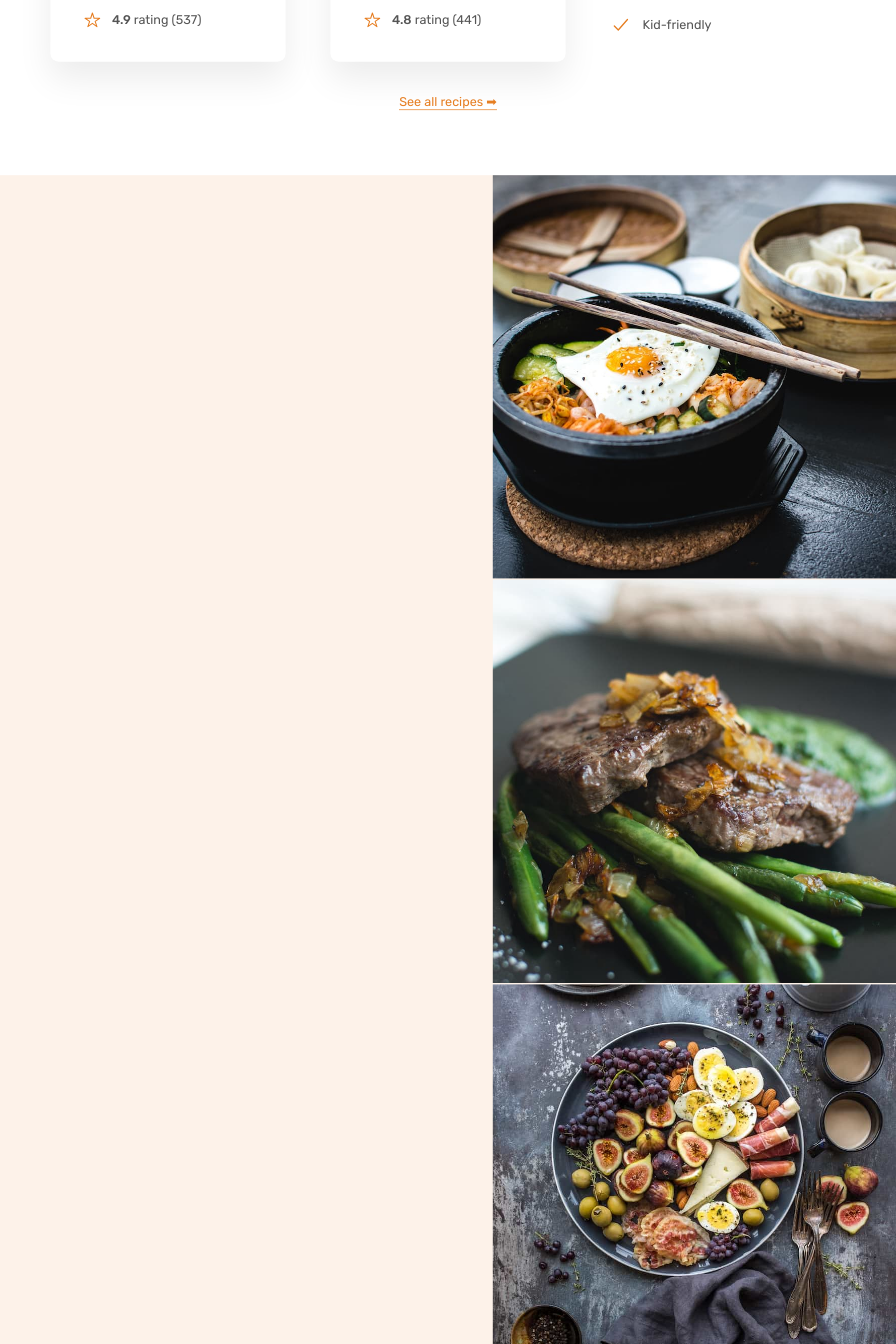
Repository: TranPhucThinh/Omnifood
Page: index.html
These files come from the project's save history. The page is drawn as it stood at one moment and after the next save; the edit follows.
The browser window is 1280 px wide. The pictures show the part of the page from y = 3346 to 5266 px (the page is 10532 px tall before and 4378 px after), at 70% of full size.

Above is the page before, as saved 2022-08-06 21:36:46.

### index.html
<!DOCTYPE html>
<html lang="en">

<head>
    <meta charset="UTF-8">
    <meta http-equiv="X-UA-Compatible" content="IE=edge">
    <meta name="viewport" content="width=device-width, initial-scale=1.0">

    <link rel="preconnect" href="https://fonts.googleapis.com">
    <link rel="preconnect" href="https://fonts.gstatic.com" crossorigin>
    <link href="https://fonts.googleapis.com/css2?family=Rubik:wght@300;400;500;600;700;800;900&display=swap"
        rel="stylesheet">

    <link rel="stylesheet" href="./assets/styles/general.css">
    <link rel="stylesheet" href="./assets/styles/style.css">

    <title>Omnifood</title>
</head>

<body>
    <!-- SECTION HEADER -->
    <div class="header">
        <a href="#">
            <img src="./assets/imgs/omnifood-logo.png" alt="Omnifood logo" class="header-logo">
        </a>
        <nav class="main-nav">
            <ul class="main-nav-list">
                <li>
                    <a href="#" class="main-nav-link">How it works</a>
                </li>
                <li>
                    <a href="#" class="main-nav-link">Meals</a>
                </li>
                <li>
                    <a href="#" class="main-nav-link">Testimonials</a>
                </li>
                <li>
                    <a href="#" class="main-nav-link">Pricing</a>
                </li>
                <li>
                    <a href="#" class="main-nav-link nav-btn">Try for free</a>
                </li>
            </ul>
        </nav>
    </div>
    <!-- End of SECTION HEADER -->

    <!-- SECTION HERO -->
    <section class="section-hero">
        <div class="hero">
            <div class="hero-text-box">
                <h1 class="heading-primary">A healthy meal delivered to your door, every single day</h1>
                <p class="hero-desc margin-bottom-md">The smart 365-days-per-year food subscription that will make you
                    eat healthy again.
                    Tailored to your personal tastes and nutritional needs.</p>
                <a href="#" class="btn btn--full margin-right-sm">Start eating well</a>
                <a href="#" class="btn btn--outline">Learn more ⬇</a>
                <div class="delivered-meals">
                    <div class="delivered-imgs">
                        <img src="./assets/imgs/customers/customer-1.jpg" alt="customer 1">
                        <img src="./assets/imgs/customers/customer-2.jpg" alt="customer 2">
                        <img src="./assets/imgs/customers/customer-3.jpg" alt="customer 3">
                        <img src="./assets/imgs/customers/customer-4.jpg" alt="customer 4">
                        <img src="./assets/imgs/customers/customer-5.jpg" alt="customer 5">
                        <img src="./assets/imgs/customers/customer-6.jpg" alt="customer 6">
                    </div>
                    <p class="delivered-text">
                        <span>250,000+</span> meals delivered last year!
                    </p>
                </div>
            </div>
            <div class="hero-img-box">
                <img src="./assets/imgs/hero.png"
                    alt="woman enjoy food, meals in storage container, and food bowls on a table" class="hero-img">
            </div>
        </div>
    </section>
    <!-- End of SECTION HERO -->

    <!-- SECTION FEATURED -->
    <section class="section-featured">
        <div class="container">
            <h2 class="heading-feature-in">As featured in</h2>
            <div class="logos">
                <img src="./assets/imgs/logos/techcrunch.png" alt="Techcrunch logo">
                <img src="./assets/imgs/logos/business-insider.png" alt="business insider logo">
                <img src="./assets/imgs/logos/the-new-york-times.png" alt="The new york time logo">
                <img src="./assets/imgs/logos/forbes.png" alt="Forbes logo">
                <img src="./assets/imgs/logos/usa-today.png" alt="Usa today logo">
            </div>
        </div>
    </section>
    <!-- End of SECTION FEATURED -->

    <!-- SECTION HOW IT WORKS -->
    <section class="section-how">
        <div class="container">
            <p class="subheading">HOW IT WORKS</p>
            <h2 class="heading-secondary">Your daily dose of health in 3 simple steps</h2>
        </div>
        <div class="container grid grid--2-cols grid--center-vertical">
            <!-- STEP 1 -->
            <div class="step-text-box">
                <div class="step-number">01</div>
                <h3 class="heading-tertiary">Tell us what you like (and what not)</h3>
                <p class="step-desc">Never again waste time thinking about what to eat! Omnifood AI will create a 100%
                    personalized weekly meal plan just for you. It makes sure you get all the nutrients and vitamins you
                    need, no matter what diet you follow!</p>
            </div>
            <div class="step-img-box">
                <img src="./assets/imgs/app/app-screen-1.png" alt="iPhone app preferences selection screen"
                    class="step-img">
            </div>

            <!-- STEP 2 -->
            <div class="step-img-box">
                <img src="./assets/imgs/app/app-screen-2.png" alt="iPhone app
                meal approving plan screen" class="step-img">
            </div>
            <div class="step-text-box">
                <div class="step-number">02</div>
                <h3 class="heading-tertiary">Approve your weekly meal plan</h3>
                <p class="step-desc">Once per week, approve the meal plan generated for you by Omnifood AI. You can
                    change ingredients, swap entire meals, or even add your own recipes.</p>
            </div>

            <!-- STEP 3 -->
            <div class="step-text-box">
                <div class="step-number">03</div>
                <h3 class="heading-tertiary">Receive meals at convenient time</h3>
                <p class="step-desc">Best chefs in town will cook your selected meal every day, and we will deliver it
                    to your door whenever works best for you. You can change delivery schedule and address daily!</p>
            </div>
            <div class="step-img-box">
                <img src="./assets/imgs/app/app-screen-3.png" alt="iPhone app
                delivery screen" class="step-img">
            </div>
        </div>
    </section>
    <!-- End of SECTION HOW IT WORKS -->

    <!-- SECTION MEALS -->
    <section class="section-meals">
        <div class="container center-text">
            <p class="subheading">Meals</p>
            <h2 class="heading-secondary">Omnifood AI chooses from 5,000+ recipes</h2>
        </div>
        <div class="container grid grid--3-cols margin-bottom-md">
            <div class="meal">
                <img src="./assets/imgs/meals/meal-1.jpg" alt="Japanese Gyozas" class="meal-img">
                <div class="meal-content">
                    <div class="meal-tag">
                        <p class="tag tag--vegetarian">vegetarian</p>
                    </div>
                    <p class="meal-title">Japanese Gyozas</p>
                    <ul class="meal-attributes">
                        <li class="meal-attribute">
                            <ion-icon class="meal-icon" name="flame-outline"></ion-icon>
                            <span><strong>650</strong> calories</span>
                        </li>
                        <li class="meal-attribute">
                            <ion-icon class="meal-icon" name="restaurant-outline"></ion-icon>
                            <span>NutriScore ® <strong>74</strong></span>
                        </li>
                        <li class="meal-attribute">
                            <ion-icon class="meal-icon" name="star-outline"></ion-icon>
                            <span><strong>4.9</strong> rating (537)</span>
                        </li>
                    </ul>
                </div>
            </div>
            <div class="meal">
                <img src="./assets/imgs/meals/meal-2.jpg" alt="Avocado Salad" class="meal-img">
                <div class="meal-content">
                    <div class="meal-tag">
                        <p class="tag tag--vegan">vegan</p>
                        <p class="tag tag---paleo">paleo</p>
                    </div>
                    <p class="meal-title">Avocado Salad</p>
                    <ul class="meal-attributes">
                        <li class="meal-attribute">
                            <ion-icon class="meal-icon" name="flame-outline"></ion-icon>
                            <span><strong>400</strong> calories</span>
                        </li>
                        <li class="meal-attribute">
                            <ion-icon class="meal-icon" name="restaurant-outline"></ion-icon>
                            <span>NutriScore ® <strong>92</strong></span>
                        </li>
                        <li class="meal-attribute">
                            <ion-icon class="meal-icon" name="star-outline"></ion-icon>
                            <span><strong>4.8</strong> rating (441)</span>
                        </li>
                    </ul>
                </div>
            </div>
            <div class="diet">
                <h3 class="heading-tertiary">Works with any diet:</h3>
                <ul class="list">
                    <li class="list-item">
                        <ion-icon class="list-icon" name="checkmark-outline"></ion-icon>
                        <span>Vegetarian</span>
                    </li>
                    <li class="list-item">
                        <ion-icon class="list-icon" name="checkmark-outline"></ion-icon>
                        <span>Vegan</span>
                    </li>
                    <li class="list-item">
                        <ion-icon class="list-icon" name="checkmark-outline"></ion-icon>
                        <span>Pescatarian</span>
                    </li>
                    <li class="list-item">
                        <ion-icon class="list-icon" name="checkmark-outline"></ion-icon>
                        <span>Gluten-free</span>
                    </li>
                    <li class="list-item">
                        <ion-icon class="list-icon" name="checkmark-outline"></ion-icon>
                        <span>Lactose-free</span>
                    </li>
                    <li class="list-item">
                        <ion-icon class="list-icon" name="checkmark-outline"></ion-icon>
                        <span>Keto</span>
                    </li>
                    <li class="list-item">
                        <ion-icon class="list-icon" name="checkmark-outline"></ion-icon>
                        <span>Paleo</span>
                    </li>
                    <li class="list-item">
                        <ion-icon class="list-icon" name="checkmark-outline"></ion-icon>
                        <span>Low FODMAP</span>
                    </li>
                    <li class="list-item">
                        <ion-icon class="list-icon" name="checkmark-outline"></ion-icon>
                        <span>Kid-friendly</span>
                    </li>
                </ul>
            </div>
        </div>
        <div class="container all-recipes center-text">
            <a href="#" class="link">See all recipes ➡</a>
        </div>
    </section>
    <!-- End of SECTION MEALS -->

    <!-- SECTION TESTIMONIALS -->
    <div class="section-testimonials">
        <div class="testimonials-container">
            <div class="subheading">testimonials</div>
            <div class="heading-secondary">Once you try it, you can't go back</div>
            <div class="testimonials">
                <div class="testimonial">
                    <img src="./assets/imgs/customers/dave.jpg" alt="Photo of customer Dave Bryson"
                        class="testimonial-img">
                    <blockquote class="testimonial-text">Inexpensive, healthy and great-tasting meals, without even
                        having to order manually! It feels truly magical.</blockquote>
                    <p class="testimonial-name">— Dave Bryson</p>
                </div>
                <div class="testimonial">
                    <img src="./assets/imgs/customers/ben.jpg" alt="Photo of customer Ben Hadley"
                        class="testimonial-img">
                    <blockquote class="testimonial-text">The AI algorithm is crazy good, it chooses the right meals for
                        me every time. It's amazing not to worry about food anymore!</blockquote>
                    <p class="testimonial-name">— Ben Hadley</p>
                </div>
                <div class="testimonial">
                    <img src="./assets/imgs/customers/steve.jpg" alt="Photo of customer Steve Miller"
                        class="testimonial-img">
                    <blockquote class="testimonial-text">Omnifood is a life saver! I just started a company, so there's
                        no time for cooking. I couldn't live without my daily meals now!</blockquote>
                    <p class="testimonial-name">— Steve Miller</p>
                </div>
                <div class="testimonial">
                    <img src="./assets/imgs/customers/hannah.jpg" alt="Photo of customer Hannah Smith"
                        class="testimonial-img">
                    <blockquote class="testimonial-text">I got Omnifood for the whole family, and it frees up so much
                        time! Plus, everything is organic and vegan and without plastic.</blockquote>
                    <p class="testimonial-name">— Hannah Smith</p>
                </div>
            </div>
        </div>
        <div class="gallery">
            <img src="./assets/imgs/gallery/gallery-1.jpg" alt="Photo of beautifully arranged food"
                class="gallery-item">
            <img src="./assets/imgs/gallery/gallery-2.jpg" alt="Photo of beautifully arranged food"
                class="gallery-item">
            <img src="./assets/imgs/gallery/gallery-3.jpg" alt="Photo of beautifully arranged food"
                class="gallery-item">
            <img src="./assets/imgs/gallery/gallery-4.jpg" alt="Photo of beautifully arranged food"
                class="gallery-item">
            <img src="./assets/imgs/gallery/gallery-5.jpg" alt="Photo of beautifully arranged food"
                class="gallery-item">
            <img src="./assets/imgs/gallery/gallery-6.jpg" alt="Photo of beautifully arranged food"
                class="gallery-item">
            <img src="./assets/imgs/gallery/gallery-7.jpg" alt="Photo of beautifully arranged food"
                class="gallery-item">
            <img src="./assets/imgs/gallery/gallery-8.jpg" alt="Photo of beautifully arranged food"
                class="gallery-item">
            <img src="./assets/imgs/gallery/gallery-9.jpg" alt="Photo of beautifully arranged food"
                class="gallery-item">
            <img src="./assets/imgs/gallery/gallery-10.jpg" alt="Photo of beautifully arranged food"
                class="gallery-item">
            <img src="./assets/imgs/gallery/gallery-11.jpg" alt="Photo of beautifully arranged food"
                class="gallery-item">
            <img src="./assets/imgs/gallery/gallery-12.jpg" alt="Photo of beautifully arranged food"
                class="gallery-item">
        </div>
    </div>
    <!-- End of SECTION TESTIMONIALS -->

    <script type="module" src="https://unpkg.com/ionicons@5.5.2/dist/ionicons/ionicons.esm.js"></script>
    <script nomodule src="https://unpkg.com/ionicons@5.5.2/dist/ionicons/ionicons.js"></script>
</body>

</html>

### assets/styles/general.css
* {
  margin: 0;
  padding: 0;
  box-sizing: border-box;
}

html {
  font-size: 62.5%;
}

body {
  font-family: 'Rubik', sans-serif;
  line-height: 1;
  font-weight: 400;
  color: #555;
}

/* GENERAL REUSABLE COMPONENTS */
.container {
  max-width: 120rem;
  padding: 0 3.2rem;
  margin: 0 auto;
}

.grid {
  display: grid;
  row-gap: 9.6rem;
  column-gap: 6.4rem;
}

.grid--2-cols {
  grid-template-columns: repeat(2, 1fr);
}

.grid--3-cols {
  grid-template-columns: repeat(3, 1fr);
}

.grid--4-cols {
  grid-template-columns: repeat(4, 1fr);
}

.grid--center-vertical {
  align-items: center;
}

.heading-primary,
.heading-secondary,
.heading-tertiary {
  letter-spacing: -0.5px;
  color: #333;
  font-weight: 700;
}

.heading-primary {
  line-height: 1.05;
  font-size: 5.2rem;
  margin-bottom: 3.2rem;
}

.heading-secondary {
  font-size: 4.4rem;
  line-height: 1.2;
  margin-bottom: 9.6rem;
}

.heading-tertiary {
  font-size: 3rem;
  line-height: 1.2;
  margin-bottom: 3.2rem;
}

.subheading {
  font-size: 1.6rem;
  color: #cf711f;
  margin-bottom: 1.6rem;
  font-weight: 500;
  letter-spacing: 0.75px;
}

.hero-text-box .btn:link,
.hero-text-box .btn:visited {
  text-decoration: none;
  font-size: 2rem;
  font-weight: 600;
  display: inline-block;
  border-radius: 8px;
  padding: 1.6rem 3.2rem;
  transition: all 0.3s;
}

.hero-text-box .btn--full:link,
.hero-text-box .btn--full:visited {
  color: #fff;
  background-color: #e67e22;
}

.hero-text-box .btn--full:hover,
.hero-text-box .btn--full:active {
  background-color: #cf711f;
}

.hero-text-box .btn--outline:link,
.hero-text-box .btn--outline:visited {
  color: #555;
  background-color: #fff;
  border: -4px solid #fff;
}

.hero-text-box .btn--outline:hover,
.hero-text-box .btn--outline:active {
  background-color: #fdf2e9;
}

.step-img-box::before,
.step-img-box::after {
  content: '';
  display: block;
  position: absolute;
  top: 50%;
  left: 50%;
  transform: translate(-50%, -50%);
  border-radius: 50%;
}

.center-text {
  text-align: center;
}

.margin-right-sm {
  margin-right: 1.6rem !important;
}

.margin-bottom-md {
  margin-bottom: 4.8rem !important;
}
/* END of GENERAL REUSABLE COMPONENTS */

### assets/styles/style.css
/* Section Header */
.header {
  display: flex;
  justify-content: space-between;
  height: 9.6rem;
  align-items: center;
  padding: 0 4.8rem;
  background-color: #fdf2e9;
}

.header-logo {
  height: 2.2rem;
}

.main-nav-list {
  display: flex;
  list-style-type: none;
  gap: 3.2rem;
}

.main-nav-link:link,
.main-nav-link:visited {
  text-decoration: none;
  font-size: 1.8rem;
  color: #333;
  font-weight: 500;
  transition: all 0.3s;
}

.main-nav-link:hover,
.main-nav-link:active {
  color: #cf711f;
}

.main-nav-link.nav-btn:link,
.main-nav-link.nav-btn:visited {
  padding: 1.2rem 2.4rem;
  border-radius: 9px;
  background-color: #e67e22;
  color: #fff;
}

.main-nav-link.nav-btn:hover,
.main-nav-link.nav-btn:active {
  color: #fff;
  background-color: #cf711f;
}
/* End of Section Header */

/* Section Hero */
.section-hero {
  background-color: #fdf2e9;
  padding: 4.8rem 0 9.6rem;
}

.hero {
  max-width: 130rem;
  margin: 0 auto;
  display: grid;
  grid-template-columns: 1fr 1fr;
  gap: 9.6rem;
  padding: 0 3.2rem;
  align-items: center;
}

.hero-text-box .hero-desc {
  font-size: 2rem;
  color: #555;
  line-height: 1.6;
  /* margin-bottom: 4.8rem; */
}

.hero-img-box .hero-img {
  width: 100%;
}

.delivered-meals {
  margin-top: 8rem;
  display: flex;
  align-items: center;
  gap: 1.6rem;
}

.delivered-imgs {
  display: flex;
}

.delivered-imgs img {
  width: 4.8rem;
  height: 4.8rem;
  border-radius: 50%;
  border: 3px solid #fff;
  margin-right: -1.6rem;
}

.delivered-imgs img:last-child {
  margin-right: 0;
}

.delivered-text {
  font-size: 1.8rem;
  font-weight: 600;
}

.delivered-text span {
  font-weight: 700;
  color: #cf711f;
}
/* End of Section Hero */

/* Section featured */
.section-featured {
  padding: 4.8rem 0 3.2rem;
}
.logos {
  display: flex;
  justify-content: space-around;
}

.heading-feature-in {
  font-size: 1.4rem;
  text-transform: uppercase;
  letter-spacing: 0.75px;
  font-weight: 500;
  color: #888;
  text-align: center;
  margin-bottom: 2.4rem;
}

.section-featured img {
  height: 3.2rem;
  filter: brightness(0%);
  opacity: 0.5;
}
/* End of Section featured */

/* Section how it works */
.section-how {
  padding: 9.6rem 0;
}
.step-number {
  font-size: 8.6rem;
  color: #ddd;
  font-weight: 600;
  margin-bottom: 1.2rem;
}

.step-desc {
  font-size: 1.8rem;
  color: #555;
  line-height: 1.8;
}

.step-img-box {
  text-align: center;
  position: relative;
}

.step-img-box::before {
  width: 60%;
  padding-bottom: 60%;

  background-color: #fdf2e9;
  z-index: -2;
}

.step-img-box::after {
  width: 45%;
  padding-bottom: 45%;
  background-color: #fae5d3;
  z-index: -1;
}

.step-img {
  width: 35%;
}
/* End of Section how it works */

/* Section meals */
.section-meals {
  padding: 9.6rem 0;
}
.meal {
  border-radius: 12px;
  overflow: hidden;
  box-shadow: 0 2.4rem 4.8rem rgb(0 0 0 / 8%);
  transition: all 0.4s;
}

.meal:hover {
  transform: translateY(-1.2rem);
}

.meal-img {
  width: 100%;
  display: block;
}

.meal-content {
  padding: 3.2rem 4.8rem 4.8rem;
}

.meal-tag {
  margin-bottom: 1.2rem;
}

.tag {
  display: inline-block;
  font-size: 1.2rem;
  text-transform: uppercase;
  color: #333;
  font-weight: 600;
  padding: 4px 8px;
  border-radius: 12px;
}

.tag--vegetarian {
  background-color: #51cf66;
}

.tag--vegan {
  background-color: #94d82d;
  margin-right: 2px;
}

.tag---paleo {
  background-color: #ffd43b;
}

.meal-title {
  font-size: 2.4rem;
  color: #333;
  font-weight: 600;
  margin-bottom: 3.2rem;
}

.meal-attributes {
  list-style-type: none;
  display: flex;
  flex-direction: column;
  justify-content: space-between;
  gap: 2rem;
}

.meal-attribute {
  font-size: 1.8rem;
  display: flex;
  gap: 1.6rem;
  align-items: center;
}

.meal-attribute strong {
  font-weight: 500;
}

.meal-attribute .meal-icon {
  width: 2.4rem;
  height: 2.4rem;
  color: #e67e22;
}

.list {
  list-style-type: none;
  display: flex;
  flex-direction: column;
  gap: 1.6rem;
}

.list-item {
  display: flex;
  gap: 1.6rem;
  align-items: center;
  font-size: 1.8rem;
}

.list-icon {
  width: 3rem;
  height: 3rem;
  color: #e67e22;
}

.link:link,
.link:visited {
  font-size: 1.8rem;
  border-bottom: 1px solid #e67e22;
  color: #e67e22;
  text-decoration: none;
  transition: all 0.3s;
}

.link:hover,
.link:active {
  color: #cf711f;
  border-bottom: 1px solid transparent;
}
/* End of Section meals */

/* Section Testimonials */
.section-testimonials {
  display: grid;
  grid-template-columns: 55fr 45fr;
  background-color: #fdf2e9;
  align-items: center;
}

.gallery-item {
  width: 100%;
  gap: 1.6rem !important;
}
/* End of Section Testimonials */

After the next save:
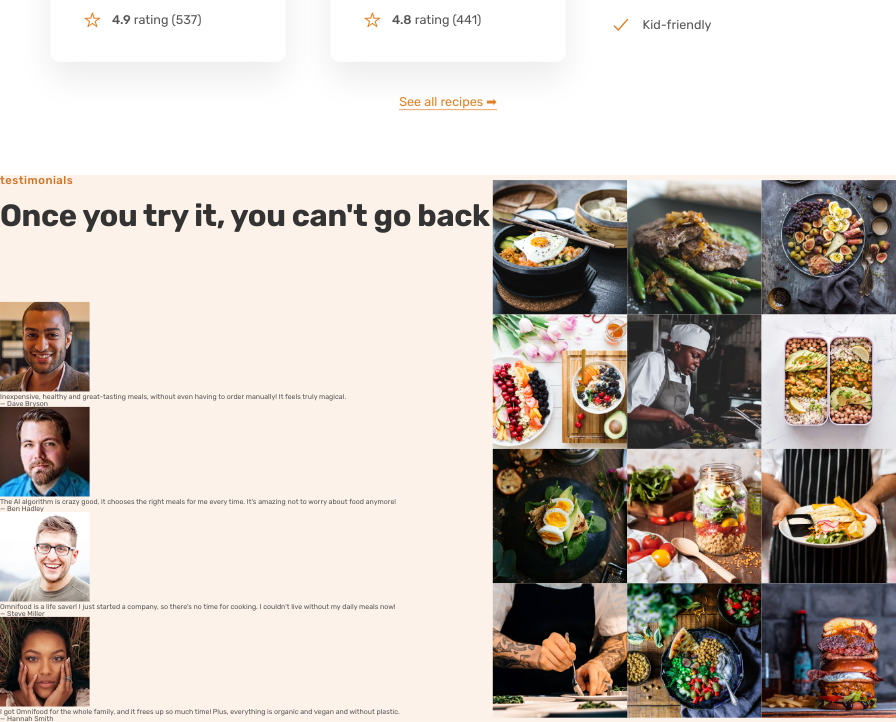
Saved 39 s later.
--- a/assets/styles/style.css
+++ b/assets/styles/style.css
@@ -303,8 +303,12 @@
   align-items: center;
 }
 
+.gallery {
+  display: grid;
+  grid-template-columns: repeat(3, 1fr);
+}
+
 .gallery-item {
   width: 100%;
-  gap: 1.6rem !important;
 }
 /* End of Section Testimonials */
